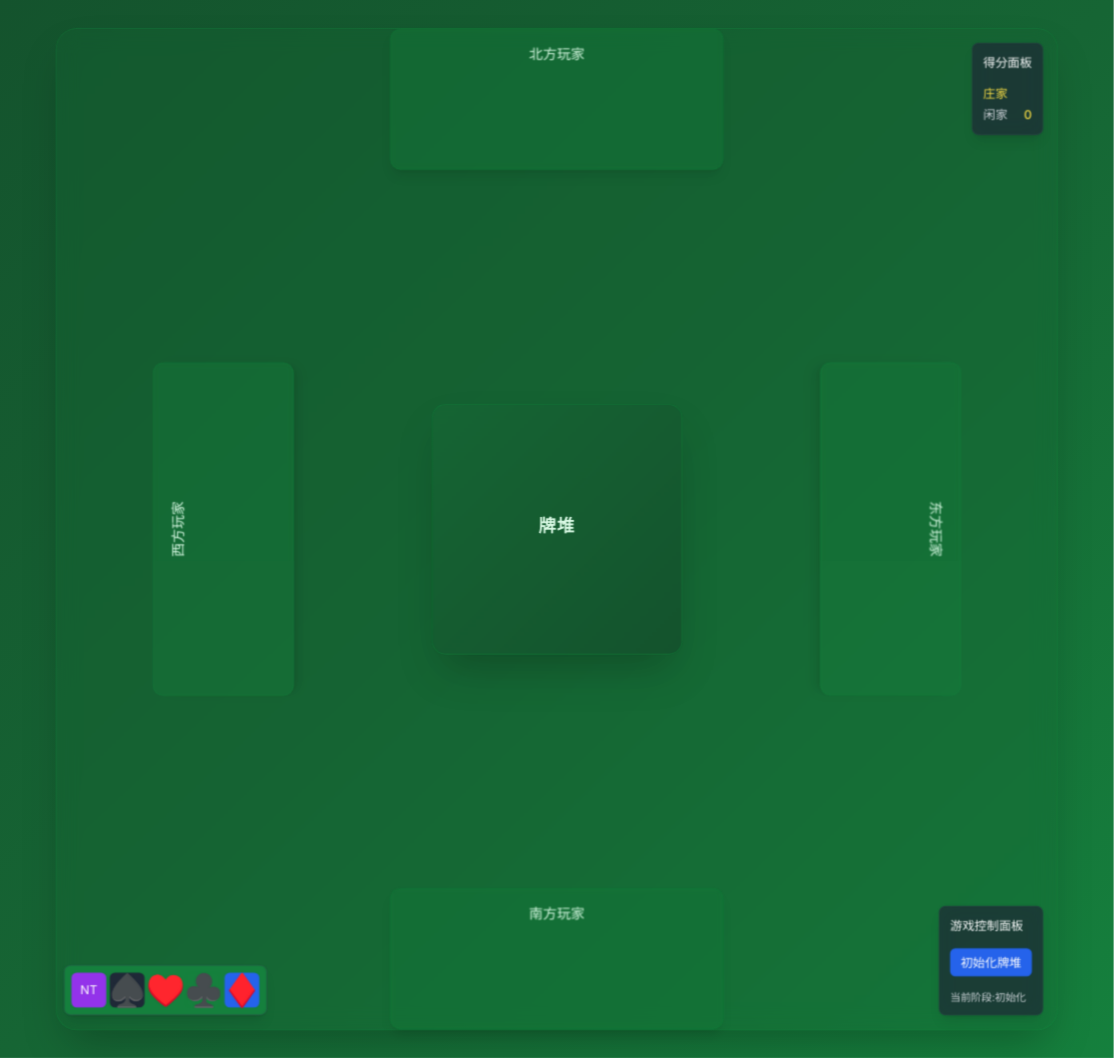
Repository: laofansay/Tractor80
Page: /
An editor plug-in stored every save of this project. The page is shown before and after the next save, followed by the edit.
The browser window is 1280 px wide. The pictures show the whole page, at 87% of full size.
The project was rebuilt for these pictures with package versions that can differ from the ones it lists, and the page was loaded fresh each time. The framework's server and built-in components were replaced by stand-ins that run in the browser. Also part of the build but not shown: next.config.js, app/components/Card.tsx.

Above is the page before, as saved 2025-03-09 00:25:47.

### app/layout.tsx
import type { Metadata } from 'next'
import { Inter } from 'next/font/google'
import './globals.css'

const inter = Inter({ subsets: ['latin'] })

export const metadata: Metadata = {
  title: 'Card Game',
  description: 'A Next.js Card Game Application',
}

export default function RootLayout({
  children,
}: {
  children: React.ReactNode
}) {
  return (
    <html lang="en">
      <body className={inter.className}>{children}</body>
    </html>
  )
}

### app/globals.css
@tailwind base;
@tailwind components;
@tailwind utilities;

:root {
  --foreground-rgb: 0, 0, 0;
  --background-start-rgb: 214, 219, 220;
  --background-end-rgb: 255, 255, 255;
}

@media (prefers-color-scheme: dark) {
  :root {
    --foreground-rgb: 255, 255, 255;
    --background-start-rgb: 0, 0, 0;
    --background-end-rgb: 0, 0, 0;
  }
}

body {
  color: rgb(var(--foreground-rgb));
  background: linear-gradient(
    to bottom,
    transparent,
    rgb(var(--background-end-rgb))
  )
  rgb(var(--background-start-rgb));
}

### app/components/AdminPanel.tsx
'use client';

import { useState } from 'react';
import { Card } from './Card';

type GamePhase = 'initial' | 'dealing' | 'trumpSelection' | 'pickBottomCards' | 'bottomCards' | 'playing';
type Position = 'north' | 'east' | 'south' | 'west';

type AdminPanelProps = {
    onInitialize: () => void;
    onDeal: () => void;
    onPickBottomCards: () => void;
    onBottomCards: () => void;
    onStartPlaying: () => void;
    gamePhase: GamePhase;
    deckLength: number;
    bottomCardsLength: number;
    lastRound?: Record<Position, string[]>;
    roundCount?: number;
};

export function AdminPanel({
    onInitialize,
    onDeal,
    onPickBottomCards,
    onBottomCards,
    onStartPlaying,
    gamePhase,
    deckLength,
    bottomCardsLength,
    lastRound = { north: [], east: [], south: [], west: [] },
    roundCount = 0
}: AdminPanelProps) {

    return (
        <div className="absolute bottom-4 right-4 p-3 bg-gray-800/70 rounded-lg backdrop-blur-md border border-gray-700/50 shadow-lg">
            <div className="flex flex-col gap-2">
                <div className="text-white text-sm mb-2 font-medium">游戏控制面板</div>

                {(gamePhase === 'initial' || gamePhase === 'playing') && (
                    <button
                        onClick={onInitialize}
                        className="px-3 py-1.5 bg-blue-600 hover:bg-blue-500 text-white rounded-md transition-colors text-sm"
                    >
                        {gamePhase === 'playing' ? '重新开始' : '初始化牌堆'}
                    </button>
                )}

                {gamePhase === 'initial' && deckLength > 0 && (
                    <button
                        onClick={onDeal}
                        className="px-3 py-1.5 bg-green-600 hover:bg-green-500 text-white rounded-md transition-colors text-sm"
                    >
                        开始发牌
                    </button>
                )}

                {gamePhase === 'pickBottomCards' && (
                    <button
                        onClick={onPickBottomCards}
                        className="px-3 py-1.5 bg-yellow-600 hover:bg-yellow-500 text-white rounded-md transition-colors text-sm"
                    >
                        庄家拾底
                    </button>
                )}

                {gamePhase === 'bottomCards' && (
                    <button
                        onClick={onBottomCards}
                        className="px-3 py-1.5 bg-yellow-600 hover:bg-yellow-500 text-white rounded-md transition-colors text-sm"
                    >
                        庄家扣底
                    </button>
                )}

                {gamePhase === 'bottomCards' && (
                    <button
                        onClick={onStartPlaying}
                        className="px-3 py-1.5 bg-red-600 hover:bg-red-500 text-white rounded-md transition-colors text-sm"
                    >
                        开始出牌
                    </button>
                )}

                <div className="text-gray-300 text-xs mt-2">
                    当前阶段:
                    {gamePhase === 'initial' && '初始化'}
                    {gamePhase === 'dealing' && '发牌中'}
                    {gamePhase === 'trumpSelection' && '亮主阶段'}
                    {gamePhase === 'pickBottomCards' && '庄家拾底'}
                    {gamePhase === 'bottomCards' && '庄家扣底'}
                    {gamePhase === 'playing' && '出牌阶段'}
                </div>
            </div>
        </div>
    );
}

### app/components/SoundEffect.tsx
'use client';

import { audioManager } from './AudioManager';

export class SoundEffect {
    static #instance;

    constructor() {
        // 私有构造函数，确保单例模式
    }

    public static getInstance(): SoundEffect {
        if (!SoundEffect.#instance) {
            SoundEffect.#instance = new SoundEffect();
        }
        return SoundEffect.#instance;
    }

    /**
     * 预加载音效
     * @param soundId 音效ID
     * @param soundPath 音效文件路径
     * @param fallbackSoundPath 备用音效路径（可选）
     */
    public preloadSound(soundId: string, soundPath: string, fallbackSoundPath?: string): void {
        if (typeof window === 'undefined') return; // 服务器端不执行

        // 使用AudioManager来处理音频加载
        audioManager.preloadSound(soundId, soundPath, fallbackSoundPath);
    }

    /**
     * 播放音效
     * @param soundId 音效ID
     * @returns 是否成功播放
     */
    public playSound(soundId: string): boolean {
        if (typeof window === 'undefined') return false; // 服务器端不执行

        // 使用AudioManager来处理音频播放
        return audioManager.playSound(soundId);
    }

    /**
     * 停止播放音效
     * @param soundId 音效ID
     */
    public stopSound(soundId: string): void {
        if (typeof window === 'undefined') return; // 服务器端不执行

        // 使用AudioManager来处理音频停止
        audioManager.stopSound(soundId);
    }

    /**
     * 检查音效是否已加载并可以播放
     * @param soundId 音效ID
     * @returns 是否可以播放
     */
    public canPlaySound(soundId: string): boolean {
        if (typeof window === 'undefined') return false; // 服务器端不执行

        // 使用AudioManager来检查音频是否可以播放
        return audioManager.canPlaySound(soundId);
    }

    /**
     * 启用或禁用所有音效
     * @param enabled 是否启用音效
     */
    public setAudioEnabled(enabled: boolean): void {
        audioManager.setAudioEnabled(enabled);
    }

    /**
     * 获取音效是否启用
     * @returns 音效是否启用
     */
    public isAudioEnabled(): boolean {
        return audioManager.isAudioEnabled();
    }
}

// 导出单例实例
export const soundEffect = SoundEffect.getInstance();

### app/components/ScorePanel.tsx
import React from 'react';

interface ScorePanelProps {
  scores: {
    north: number;
    east: number;
    south: number;
    west: number;
  };
  dealerPosition: Position;
}

type Position = 'north' | 'east' | 'south' | 'west';

export function ScorePanel({ scores, dealerPosition }: ScorePanelProps) {
  // 计算庄家和闲家的总分
  const dealerScore = scores[dealerPosition];
  const nonDealerScore = Object.entries(scores)
    .filter(([position]) => position !== dealerPosition)
    .reduce((total, [_, score]) => total + score, 0);

  return (
    <div className="absolute top-4 right-4 p-3 bg-gray-800/70 rounded-lg backdrop-blur-md border border-gray-700/50 shadow-lg">
      <div className="flex flex-col gap-2">
        <div className="text-white text-sm mb-2 font-medium">得分面板</div>
        <div className="space-y-1">
          <div className="flex justify-between text-sm">
            <span className="text-yellow-300">庄家</span>
            <span className="text-yellow-300 font-medium ml-4">{dealerScore}</span>
          </div>
          <div className="flex justify-between text-sm">
            <span className="text-gray-300">闲家</span>
            <span className="text-yellow-300 font-medium ml-4">{nonDealerScore}</span>
          </div>
        </div>
      </div>
    </div>
  );
}

### app/components/TrumpSelectionPanel.tsx
'use client';

import React from 'react';

type TrumpSelectionPanelProps = {
  onSelectTrump: (trumpSuit: string | null) => void;
  gamePhase: string;
};

export function TrumpSelectionPanel({ onSelectTrump, gamePhase }: TrumpSelectionPanelProps) {
  // 只在亮主阶段显示
  if (gamePhase !== 'trumpSelection') {
    //return null;
  }

  return (
    <div className="absolute bottom-4 left-2 p-2 bg-green-700 hover:bg-green-600 rounded-lg backdrop-blur-md border border-gray-700/50 shadow-lg">
      <div className="flex flex-row gap-1">
        <button
          onClick={() => onSelectTrump(null)}
          className="w-10 h-10 bg-purple-600 hover:bg-purple-500 text-white rounded-md transition-colors text-sm flex items-center justify-center"
          title="无主"
        >
          NT
        </button>
        <button
          onClick={() => onSelectTrump('S')}
          className="w-10 h-10 bg-gray-800 hover:bg-gray-700 text-white rounded-md transition-colors text-4xl flex items-center justify-center"
          title="黑桃"
        >
          ♠️
        </button>
        <button
          onClick={() => onSelectTrump('H')}
          className="w-10 h-10 hover:bg-red-500 text-white rounded-md transition-colors text-4xl flex items-center justify-center"
          title="红桃"
        >
          ♥️
        </button>
        <button
          onClick={() => onSelectTrump('C')}
          className="w-10 h-10 bg-green-700 hover:bg-green-600 text-white rounded-md transition-colors text-4xl flex items-center justify-center"
          title="梅花"
        >
          ♣️
        </button>
        <button
          onClick={() => onSelectTrump('D')}
          className="w-10 h-10 bg-blue-600 hover:bg-blue-500 text-white rounded-md transition-colors text-4xl flex items-center justify-center"
          title="方块"
        >
          ♦️
        </button>
      </div>
    </div>
  );
}

### app/components/AudioManager.tsx
'use client';

/**
 * 音频管理器类
 * 提供音效加载、播放和错误处理功能
 */
export class AudioManager {
  private static instance: AudioManager;
  private audioElements: Map<string, HTMLAudioElement> = new Map();
  private fallbackMode: boolean = false;
  private audioEnabled: boolean = true;

  private constructor() {
    // 私有构造函数，确保单例模式
    this.checkAudioSupport();
  }

  public static getInstance(): AudioManager {
    if (!AudioManager.instance) {
      AudioManager.instance = new AudioManager();
    }
    return AudioManager.instance;
  }

  /**
   * 检查浏览器是否支持音频
   */
  private checkAudioSupport(): void {
    if (typeof window === 'undefined') return;

    try {
      const audio = new Audio();
      this.audioEnabled = !!audio && typeof audio.play === 'function';
      if (!this.audioEnabled) {
        console.warn('当前环境不支持音频播放');
      }
    } catch (error) {
      console.error('检查音频支持时出错:', error);
      this.audioEnabled = false;
    }
  }

  /**
   * 预加载音效
   * @param soundId 音效ID
   * @param soundPath 音效文件路径
   * @param fallbackSoundPath 备用音效路径（可选）
   */
  public preloadSound(soundId: string, soundPath: string, fallbackSoundPath?: string): void {
    if (typeof window === 'undefined' || !this.audioEnabled) return;

    if (!this.audioElements.has(soundId)) {
      try {
        // 确保路径正确，添加基础URL前缀
        const fullPath = soundPath.startsWith('/') ? soundPath : `/${soundPath}`;
        const baseUrl = window.location.origin;
        const absolutePath = new URL(fullPath, baseUrl).toString();

        const audio = new Audio();
        audio.preload = 'auto';

        // 添加加载错误处理
        audio.addEventListener('error', (e) => {
          const errorDetails = {
            code: audio.error?.code,
            message: audio.error?.message,
            path: absolutePath
          };
          console.error(`音效 ${soundId} 加载失败:`, errorDetails);

          // 尝试加载备用音效
          if (fallbackSoundPath && !this.fallbackMode) {
            console.log(`尝试加载备用音效: ${fallbackSoundPath}`);
            this.fallbackMode = true;
            this.preloadSound(soundId, fallbackSoundPath);
          }
        });

        // 添加加载成功处理
        audio.addEventListener('canplaythrough', () => {
          console.log(`音效 ${soundId} 加载成功，可以播放`);
        });

        // 设置音频源
        audio.src = absolutePath;

        this.audioElements.set(soundId, audio);
      } catch (error) {
        console.error(`音效 ${soundId} 初始化失败:`, error);
      }
    }
  }

  /**
   * 播放音效
   * @param soundId 音效ID
   * @returns 是否成功播放
   */
  public playSound(soundId: string): boolean {
    if (typeof window === 'undefined' || !this.audioEnabled) return false;

    const audio = this.audioElements.get(soundId);
    if (audio) {
      // 检查音频是否已加载并可以播放
      if (audio.error) {
        console.error(`音效 ${soundId} 无法播放，加载失败:`, audio.error);
        return false;
      }

      // 检查音频是否已经加载足够的数据可以播放
      if (audio.readyState < 2) { // HAVE_CURRENT_DATA or higher
        console.warn(`音效 ${soundId} 尚未加载完成，无法播放`);
        return false;
      }

      try {
        // 重置音频以便重复播放
        audio.currentTime = 0;
        const playPromise = audio.play();

        if (playPromise !== undefined) {
          playPromise.catch(error => {
            console.error(`播放音效 ${soundId} 失败:`, error);
          });
        }
        return true;
      } catch (error) {
        console.error(`播放音效 ${soundId} 时出错:`, error);
        return false;
      }
    } else {
      console.warn(`音效 ${soundId} 未预加载`);
      return false;
    }
  }

  /**
   * 停止播放音效
   * @param soundId 音效ID
   */
  public stopSound(soundId: string): void {
    if (typeof window === 'undefined' || !this.audioEnabled) return;

    const audio = this.audioElements.get(soundId);
    if (audio) {
      try {
        audio.pause();
        audio.currentTime = 0;
      } catch (error) {
        console.error(`停止音效 ${soundId} 时出错:`, error);
      }
    }
  }

  /**
   * 检查音效是否已加载并可以播放
   * @param soundId 音效ID
   * @returns 是否可以播放
   */
  public canPlaySound(soundId: string): boolean {
    if (typeof window === 'undefined' || !this.audioEnabled) return false;

    const audio = this.audioElements.get(soundId);
    if (!audio) return false;

    // 检查音频元素是否有错误
    if (audio.error) return false;

    // 检查音频是否已经加载足够的数据可以播放
    return audio.readyState >= 2; // HAVE_CURRENT_DATA or higher
  }

  /**
   * 启用或禁用所有音效
   * @param enabled 是否启用音效
   */
  public setAudioEnabled(enabled: boolean): void {
    this.audioEnabled = enabled;
  }

  /**
   * 获取音效是否启用
   * @returns 音效是否启用
   */
  public isAudioEnabled(): boolean {
    return this.audioEnabled;
  }

  /**
   * 创建一个简单的音效（用于在无法加载外部音效时使用）
   * @param frequency 频率（赫兹）
   * @param duration 持续时间（毫秒）
   * @param volume 音量（0-1）
   * @returns 音频元素
   */
  public createToneSound(frequency: number = 440, duration: number = 200, volume: number = 0.5): HTMLAudioElement | null {
    if (typeof window === 'undefined' || !this.audioEnabled) return null;

    try {
      // 检查是否支持Web Audio API
      if (!window.AudioContext && !(window as any).webkitAudioContext) {
        console.warn('当前浏览器不支持Web Audio API');
        return null;
      }

      const AudioContext = window.AudioContext || (window as any).webkitAudioContext;
      const audioCtx = new AudioContext();

      // 创建振荡器
      const oscillator = audioCtx.createOscillator();
      oscillator.type = 'sine';
      oscillator.frequency.setValueAtTime(frequency, audioCtx.currentTime);

      // 创建音量控制
      const gainNode = audioCtx.createGain();
      gainNode.gain.setValueAtTime(volume, audioCtx.currentTime);

      // 连接节点
      oscillator.connect(gainNode);
      gainNode.connect(audioCtx.destination);

      // 创建音频元素
      const audio = new Audio();

      // 开始振荡
      oscillator.start();

      // 设置定时器停止振荡
      setTimeout(() => {
        oscillator.stop();
        audioCtx.close();
      }, duration);

      return audio;
    } catch (error) {
      console.error('创建音效失败:', error);
      return null;
    }
  }
}

// 导出单例实例
export const audioManager = AudioManager.getInstance();

Loaded but not shown: tailwind.config.js (19 lines, source omitted); app/page.tsx (581 lines, source omitted); app/components/CardArea.tsx (205 lines, source omitted)

After the next save:
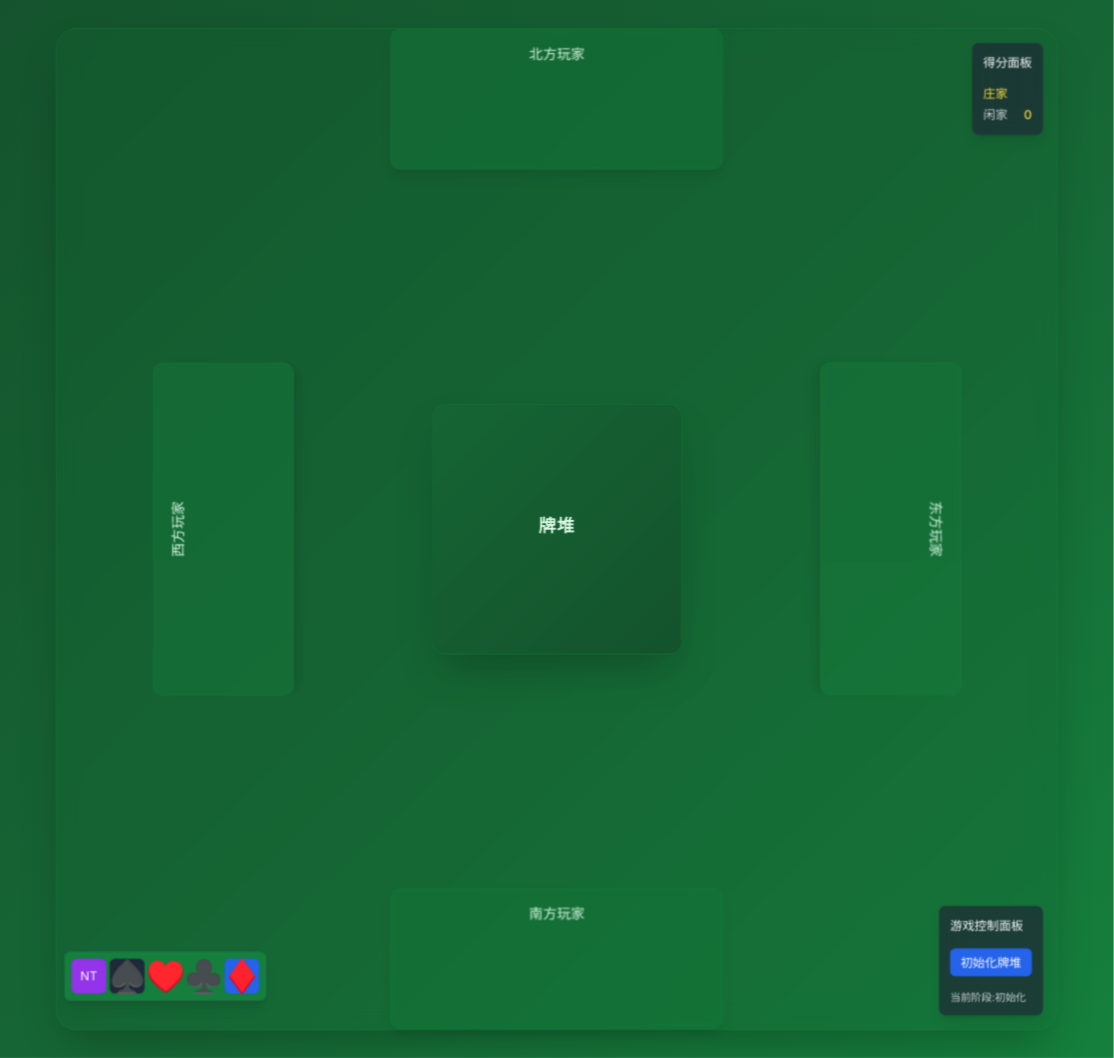
Saved 6 s later.
--- a/app/components/TrumpSelectionPanel.tsx
+++ b/app/components/TrumpSelectionPanel.tsx
@@ -14,7 +14,7 @@ export function TrumpSelectionPanel({ onSelectTrump, gamePhase }: TrumpSelection
   }
 
   return (
-    <div className="absolute bottom-4 left-2 p-2 bg-green-700 hover:bg-green-600 rounded-lg backdrop-blur-md border border-gray-700/50 shadow-lg">
+    <div className="absolute bottom-8 left-2 p-2 bg-green-700 hover:bg-green-600 rounded-lg backdrop-blur-md border border-gray-700/50 shadow-lg">
       <div className="flex flex-row gap-1">
         <button
           onClick={() => onSelectTrump(null)}
